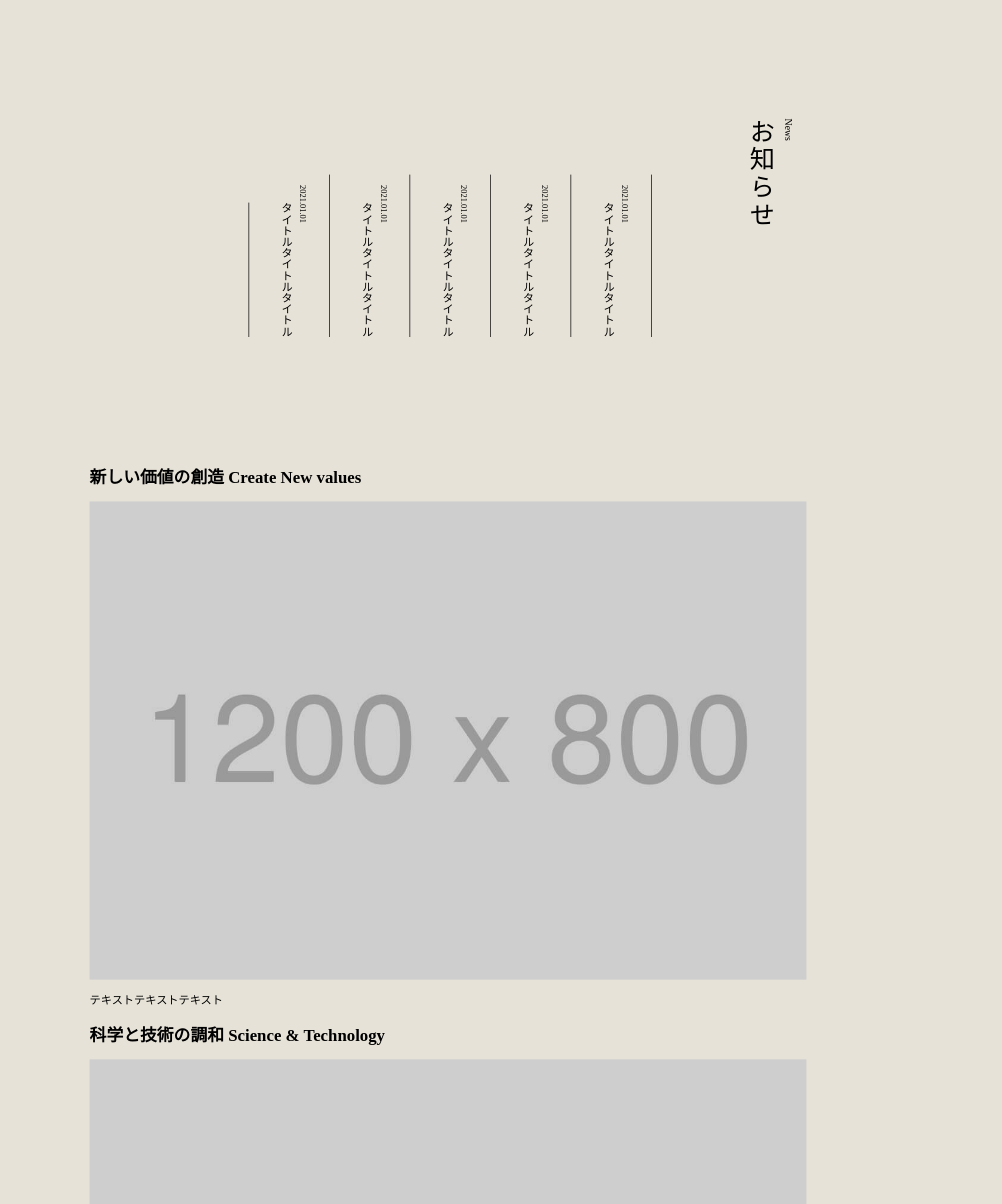
Repository: Fuki-san/wagashi
Page: http://localhost/wagashi
These files come from the project's save history. The page is drawn as it stood at one moment and after a run of saves; the edit follows.
The browser window is 1280 px wide. The page is 1432 px wide, so the pictures cover 1432 px, including what lies to the right of the window. The pictures show the part of the page from y = 858 to 2578 px (the page is 3955 px tall before and 3985 px after), at 70% of full size.
The page is served by the project's Laravel application, run on PHP 8.4 with Laravel 10. Other server files are loaded and not shown.

Above is the page before, as saved 2023-12-09 15:49:10.

### routes/web.php
<?php

use Illuminate\Support\Facades\Route;
use Spatie\FlareClient\View;

/*
|--------------------------------------------------------------------------
| Web Routes
|--------------------------------------------------------------------------
|
| Here is where you can register web routes for your application. These
| routes are loaded by the RouteServiceProvider and all of them will
| be assigned to the "web" middleware group. Make something great!
|
*/

Route::get('/', function () {
    return view('welcome');
});

Route::get('wagashi', function() {
    return View('wagashi');
})->name('wagashi');

### resources/views/wagashi.blade.php
@extends('layouts.main')

@section('title', 'wagashi')

@section('content')
    <header id="header">
        <h1 class="site-title"><a href="#"><img src="img/logo.svg" alt=""></a></h1>
        <nav id="nav">
            <ul>
                <li><a href="#news">お知らせ</a></li>
                <li><a href="#products1">商品のご紹介</a></li>
                <li><a href="#shop">店舗のご案内</a></li>
            </ul>
        </nav>

        <div class="onlinestore">
            <a href="#" target="_blank" rel="noopener noreferrer">オンラインストアで見る</a>
        </div>
    </header>

    <main>
        <section id="news" class="wrapper">
                <h2 class="sec-title">
                    <span class="en">News</span>
                    <span class="ja">お知らせ</span>
                </h2>
                <dl class="list">
                    <dt>2021.01.01</dt>
                    <dd>タイトルタイトルタイトル</dd>
                    <dt>2021.01.01</dt>
                    <dd>タイトルタイトルタイトル</dd>
                    <dt>2021.01.01</dt>
                    <dd>タイトルタイトルタイトル</dd>
                    <dt>2021.01.01</dt>
                    <dd>タイトルタイトルタイトル</dd>
                    <dt>2021.01.01</dt>
                    <dd>タイトルタイトルタイトル</dd>
                </dl>
        </section>

        <section id="products1" class="wrapper products">
                <h2 class="sec-title">
                    <span class="ja">新しい価値の創造</span>
                    <span class="en">Create New values</span>
                </h2>
                <div class="img">
                    <img src="img/products1.jpg" alt="">
                    <p class="text">テキストテキストテキスト</p>
                </div>
        </section>

        <section id="products2" class="wrapper products">
                <h2 class="sec-title">
                    <span class="ja">科学と技術の調和</span>
                    <span class="en">Science & Technology</span>
                </h2>
                <div class="img">
                    <img src="img/products2.jpg" alt="">
                    <p class="text">テキストテキストテキスト</p>
                </div>
        </section>

        <div id="shop">
            <iframe
                src="https://www.google.com/maps/embed?pb=!1m18!1m12!1m3!1d3239.6566078781802!2d139.80812547512744!3d35.710067028390604!2m3!1f0!2f0!3f0!3m2!1i1024!2i768!4f13.1!3m3!1m2!1s0x60188ed0d12f9adf%3A0x7d1d4fb31f43f72a!2z5p2x5Lqs44K544Kr44Kk44OE44Oq44O8!5e0!3m2!1sja!2sjp!4v1702090119178!5m2!1sja!2sjp"
                width="600" height="450" style="border:0;" allowfullscreen="" loading="lazy"
                referrerpolicy="no-referrer-when-downgrade" width="100%"></iframe>
        </div>
    </main>

    <footer id="footer">
        <div class="flex">
            <div class="left">
                <p><a href="#">オンラインストアで見る</a> | <a href="#">お問い合わせ</a></p>
            </div>
            <div class="right">
                <div class="logo"><img src="img/logo.svg" alt=""></div>
                <p class="info">
                    〒06-0032...<br>
                    電話: <a href="tel:03///"></a></p>
                <ul class="menu">
                    <li><a href="#news">お知らせ</a></li>
                    <li><a href="#products1">商品のご紹介</a></li>
                    <li><a href="#shop">店舗のご案内</a></li>
                </ul>
            </div>
        </div>
        <p class="cpright">&copy; SOUSAKU</p>
    </footer>
@endsection

### resources/views/layouts/main.blade.php
<!DOCTYPE html>
<html lang="ja">
<head>
    <meta charset="UTF-8">
    <meta name="viewport" content="width=device-width, initial-scale=1.0">
    <meta http-equiv="X-UA-Compatible" content="ie=edge">
    <link rel="stylesheet" href="{{ asset('css/reset.css') }}">
    <link rel="stylesheet" href="{{ asset('css/style.css') }}">
    <link rel="icon" href="img/favicon.ico">
    <title>@yield('title')</title>
</head>
<body>
    @yield('content')
</body>
</html>

### public/css/style.css
@charset "UTF-8";
html{
    font-size: 100%;
}
body{
    color: #000;
    font-family: 'Noto serif JP', serif;
    background-color: #e6e2d7;
}
img{
    max-width: 100%;
    vertical-align: bottom;
}
a{
    text-decoration: none;
    color: #fff;
}
li{
    list-style: none;
}

.site-title a{
    display: block;
}

.site-title{
    line-height: 1px;
    margin-left: 60px;
}

.site-title img{
    width: 40px;
}
.wrapper{
    width: 100%;
    max-width: 1024px;
    margin: 0 auto;
    padding: 0 20px;
}
/* headerr */

#header{
    height: 100vh;
    width: 100%;
    background-image: url(../img/mainvisual-pc.jpg);
    background-position: top center;
    background-size: cover;
    background-repeat: no-repeat;
    margin-bottom: 180px;
    padding: 60px 80px;

    position: relative;

    writing-mode: vertical-rl;
    -ms-writing-mode: vertical-rl;
    -moz-writing-mode: vertical-rl;
    -webkit-writing-mode: vertical-rl;
}
#header .onlinestore{
    position: absolute;
    bottom: 30px;
    left: 40px;
    background-color: rgba(255, 255, 255, 0.2);
    padding: 8px;
}
.onlinestore a{
    display: block;
    border: 1px solid #ccc;
    padding: 30px 18px;
}
#header a:hover{
    opacity: 0.7;
}
#header #nav li{
    margin-left: 25px;
}

/* newsss */

#news{
    margin-bottom: 180px;
    display: flex;
    flex-direction: row-reverse;
}
#news .sec-title{
    writing-mode: vertical-rl;
    -moz-writing-mode: vertical-rl;
    -webkit-writng-mode: vertical-rl;
    -ms-wrinting-mode: tb-rl;

    font-weight: normal;
    line-height: 1;
    /* margin-left: 50px; */
}
#news .sec-title .en{
    display: block;
    font-size: 0.875rem;
    margin-left: 15px;
}
#news .sec-title .ja{
    display: block;
    font-size: 2.25rem;
    letter-spacing: 0.1em;
}
#news .list{
    writing-mode: vertical-rl;
    -moz-writing-mode: vertical-rl;
    -webkit-writng-mode: vertical-rl;
    -ms-wrinting-mode: tb-rl;
    padding: 80px 100px 0 0;
}
#news .list dt{
    border-right: solid 1px #000;
    font-size: 0.75rem;
    padding: 15px 30px 15px 5px;
}
#news .list dd{
    padding-left: 40px;
}

#news .list dd:last-child{
    border-left: solid 1px #000;
}

### public/img/logo.svg
<?xml version="1.0" encoding="utf-8"?>
<!-- Generator: Adobe Illustrator 15.1.0, SVG Export Plug-In . SVG Version: 6.00 Build 0)  -->
<!DOCTYPE svg PUBLIC "-//W3C//DTD SVG 1.1//EN" "http://www.w3.org/Graphics/SVG/1.1/DTD/svg11.dtd">
<svg version="1.1" id="レイヤー_1" xmlns="http://www.w3.org/2000/svg" xmlns:xlink="http://www.w3.org/1999/xlink" x="0px"
	 y="0px" width="57.4775391px" height="131.578125px" viewBox="0 0 57.4775391 131.578125"
	 style="enable-background:new 0 0 57.4775391 131.578125;" xml:space="preserve">
<style type="text/css">
<![CDATA[
	.st0{fill:#FFFFFF;}
]]>
</style>
<g>
	<path class="st0" d="M28.3789063,35.8789063l6.5400391,4.859375c-0.3603516,0.4804688-1.2001953,1.0800781-2.3398438,1.2607422
		v12.0595703c-0.0605469,0.359375-3.4199219,1.5-5.5195313,1.5h-1.0800781v-3.6601563H15.2998047v2.6992188
		c0,0.4208984-1.9199219,1.8007813-5.1601563,1.8007813H9.0595703v-10.5
		c-1.7392578,3.2402344-4.2597656,6.2998047-7.9189453,8.8798828l-0.6005859-0.6005859c5.5205078-8.21875,6-18.4785156,6-26.7587891
		v-9.1191406c-1.9199219,1.3798828-3.9599609,2.5800781-6.0595703,3.6591797L0,21.4199219
		C6.1796875,15.6601563,11.3994141,6.4199219,13.5,0l9.7197266,1.9804688
		c-0.2402344,0.7197266-0.7802734,1.0800781-2.3398438,1.3193359c20.5185547,3.7207031,13.3789063,15.9599609,7.9189453,11.8798828
		c-0.9599609-3.4199219-4.0195313-7.9794922-8.5195313-11.2792969c-2.0400391,3.1796875-4.7392578,6.5390625-7.9794922,9.6591797
		H19.5l2.9990234-3.8398438c0,0,3.4804688,2.6396484,5.5800781,4.5595703
		c-0.1796875,0.6601563-0.7802734,0.9609375-1.6201172,0.9609375H11.7001953l-0.2402344-0.9003906
		c-1.1396484,1.0195313-2.3398438,2.0400391-3.5400391,2.9394531l6,2.2207031h10.9189453l3.0605469-3.3603516L34.4384766,21
		c-0.359375,0.4794922-1.2597656,1.0195313-2.4599609,1.3193359v11.9394531
		c-0.0595703,0.3603516-3.359375,1.5605469-5.4589844,1.5605469h-1.0800781v-1.8007813H12.5400391
		C12.4199219,35.21875,12.2402344,36.4189453,12,37.6787109l4.0800781,1.5595703h9.2988281L28.3789063,35.8789063z
		 M25.4394531,32.3388672v-4.6796875H12.8994141c0,1.4404297-0.0595703,3-0.1796875,4.6796875H25.4394531z M12.8994141,21.1796875
		v4.7998047h12.5400391v-4.7998047H12.8994141z M25.9794922,50.1582031v-9.2392578H15.2998047v9.2392578H25.9794922z
		 M43.2587891,41.7587891c0,0.6601563-2.6396484,1.859375-4.9199219,1.859375h-1.1396484V5.2197266L45.2988281,6
		c-0.1201172,0.7802734-0.6005859,1.3203125-2.0400391,1.5605469V41.7587891z M56.7578125,2.1005859
		C56.578125,3,55.9785156,3.6005859,54.5380859,3.7802734v44.8183594c0,4.6796875-0.9599609,7.3193359-8.4599609,8.0390625
		c-0.1796875-2.0996094-0.4794922-3.6591797-1.3798828-4.7392578c-0.9599609-1.0205078-2.2197266-1.7998047-5.0996094-2.2197266
		v-0.8408203c0,0,5.9394531,0.3603516,7.2001953,0.3603516c0.9599609,0,1.2597656-0.2998047,1.2597656-1.0800781V1.2001953
		L56.7578125,2.1005859z"/>
	<path class="st0" d="M17.4599609,94.0800781c-0.1806641,0.5390625-0.7207031,0.9589844-1.8603516,1.1992188v34.2587891
		c-0.1201172,0.5400391-3,2.0400391-5.7597656,2.0400391H8.5195313v-31.3789063
		c-2.3994141,2.7597656-4.9794922,5.1601563-7.7392578,7.2001953l-0.7197266-0.5400391
		c5.3398438-7.5,10.9189453-19.6796875,13.9189453-31.6787109l9.5400391,3.1796875
		c-0.2998047,0.7802734-1.0800781,1.2597656-2.4003906,1.2001953c-2.0400391,4.859375-4.3798828,9.2988281-6.9589844,13.3193359
		L17.4599609,94.0800781z M39.9589844,89.7597656v11.0996094h4.7998047l3.6591797-4.7998047
		c0,0,4.140625,3.2998047,6.7197266,5.5800781c-0.1796875,0.6591797-0.8398438,0.9599609-1.6796875,0.9599609H39.9589844v11.3388672
		h5.1591797l4.0205078-5.2197266c0,0,4.4394531,3.5400391,7.1992188,5.9404297
		c-0.1796875,0.6591797-0.8398438,0.9599609-1.7402344,0.9599609H39.9589844v14.0390625
		c0,0.4199219-2.2207031,1.859375-5.9404297,1.859375h-1.3193359V89.7597656h-1.4404297
		c-3.8994141,5.8798828-8.3994141,10.6796875-13.4394531,14.2792969l-0.6601563-0.4794922
		c4.6201172-6.7802734,9.6601563-17.6992188,12.3603516-28.3193359l9.6591797,3.4199219
		c-0.2998047,0.7802734-1.0800781,1.2597656-2.4599609,1.1396484c-1.3798828,2.9404297-2.8203125,5.7597656-4.4394531,8.3398438
		h14.0996094l3.9589844-5.1591797c0,0,4.4404297,3.4794922,7.1396484,5.8193359
		c-0.1796875,0.6601563-0.8398438,0.9599609-1.6796875,0.9599609H39.9589844z"/>
</g>
</svg>

After the next 3 saves:
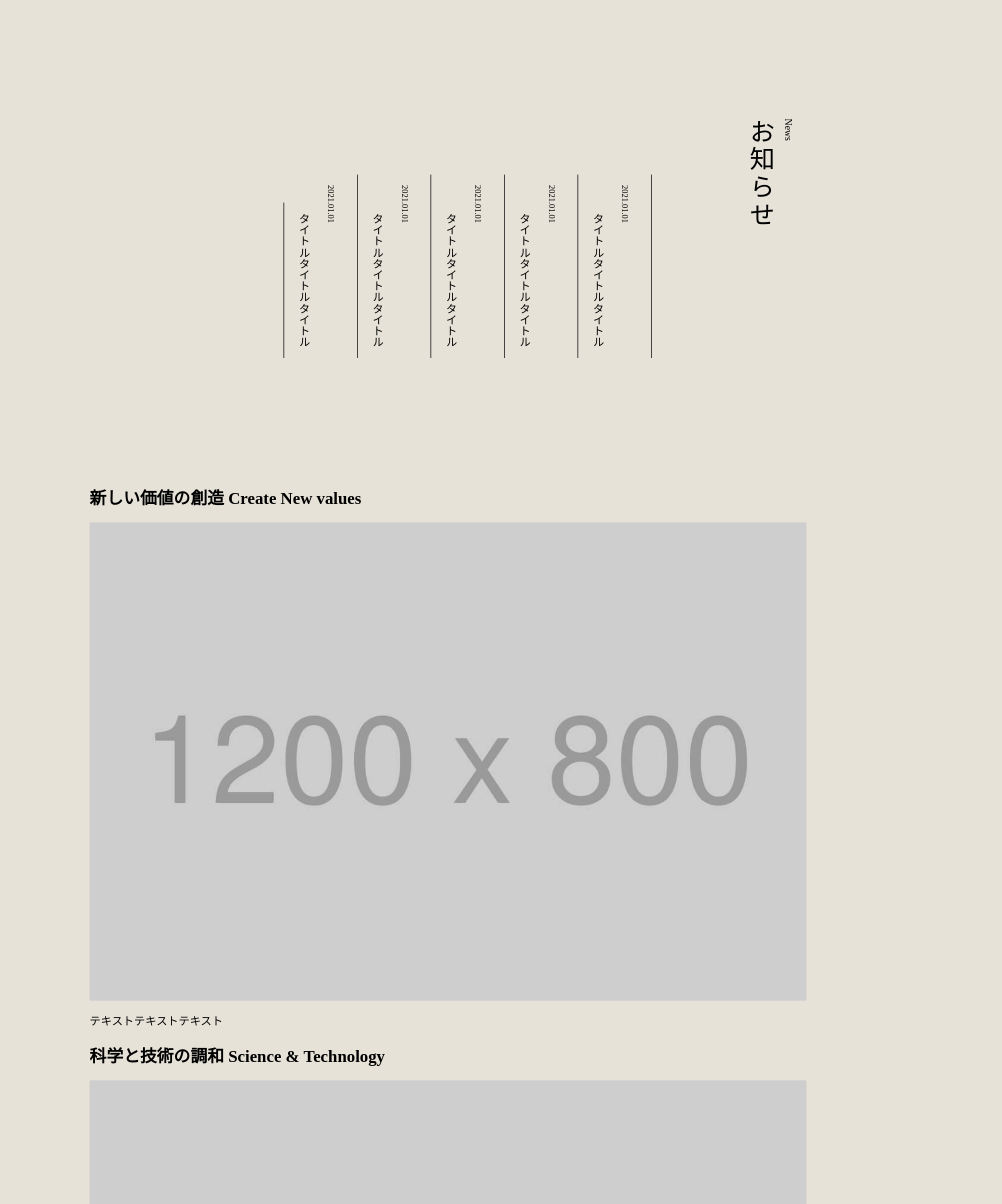
The 3 saves are shown as one change because they came seconds apart.
The last was saved 102 s later.
--- a/public/css/style.css
+++ b/public/css/style.css
@@ -115,7 +115,7 @@ li{
     padding: 15px 30px 15px 5px;
 }
 #news .list dd{
-    padding-left: 40px;
+    padding: 15px ;
 }
 
 #news .list dd:last-child{
